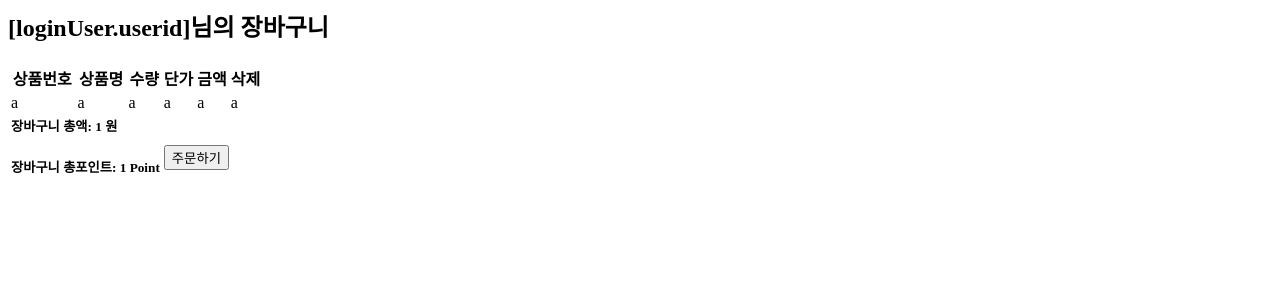
Repository: Jayking0215/myjava
Page: http://localhost/SpringWeb/WEB-INF/views/shop/cartList.jsp
An editor plug-in stored every save of this project. The page is shown before and after a run of saves, followed by the edit.
The browser window is 1280 px wide. The pictures show the whole page.
The page is served by Tomcat 9. Nobody is signed in. Other server files are loaded and not shown. The template is opened directly, without the code that normally fills it, so the values that code supplies are empty.

Above is the page before, as saved 2023-05-10 02:37:18.

### SpringWorkspace/SpringWeb/src/main/webapp/WEB-INF/views/shop/cartList.jsp
<%@ page language="java" contentType="text/html; charset=UTF-8"
	pageEncoding="UTF-8"%>
<div class="row">
	<div class="col-12">
		<h2 class="text-center">${loginUser.name}[loginUser.userid]님의
			장바구니</h2>
	</div>
</div>

<div class="row">
	<div class="col-12">
		<form name="orderF" id="orderF" action="order">
			<table class="table table=striped">
				<thead>
					<tr>
						<th>상품번호</th>
						<th>상품명</th>
						<th>수량</th>
						<th>단가</th>
						<th>금액</th>
						<th>삭제</th>
					</tr>
				</thead>
				<tbody>
					<!-- --------------------------------------- -->
					<tr>
						<td>a</td>
						<td>a</td>
						<td>a</td>
						<td>a</td>
						<td>a</td>
						<td>a</td>
					</tr>
					<!-- --------------------------------------- -->
					<tr>
						<td colspan="3">
							<h5>장바구니 총액: <span class="text-danger">1 원</span></h5>
							<h5>장바구니 총포인트: <span class="text-success">1 Point</span></h5>
						</td>
						<td colspan="3">
							<button class="btn btn-outline-info">주문하기</button>
						</td>
					</tr>
				</tbody>
			</table>
		</form>
	</div>
</div>

After the next 2 saves:
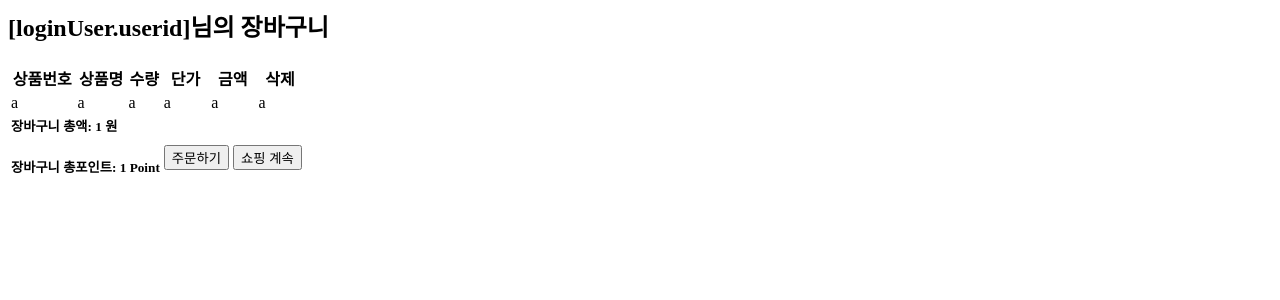
The 2 saves are shown as one change because they came seconds apart.
The last was saved 32 s later.
--- a/SpringWorkspace/SpringWeb/src/main/webapp/WEB-INF/views/shop/cartList.jsp
+++ b/SpringWorkspace/SpringWeb/src/main/webapp/WEB-INF/views/shop/cartList.jsp
@@ -39,6 +39,7 @@
 						</td>
 						<td colspan="3">
 							<button class="btn btn-outline-info">주문하기</button>
+							<button class="btn btn-outline-danger">쇼핑 계속</button>
 						</td>
 					</tr>
 				</tbody>
